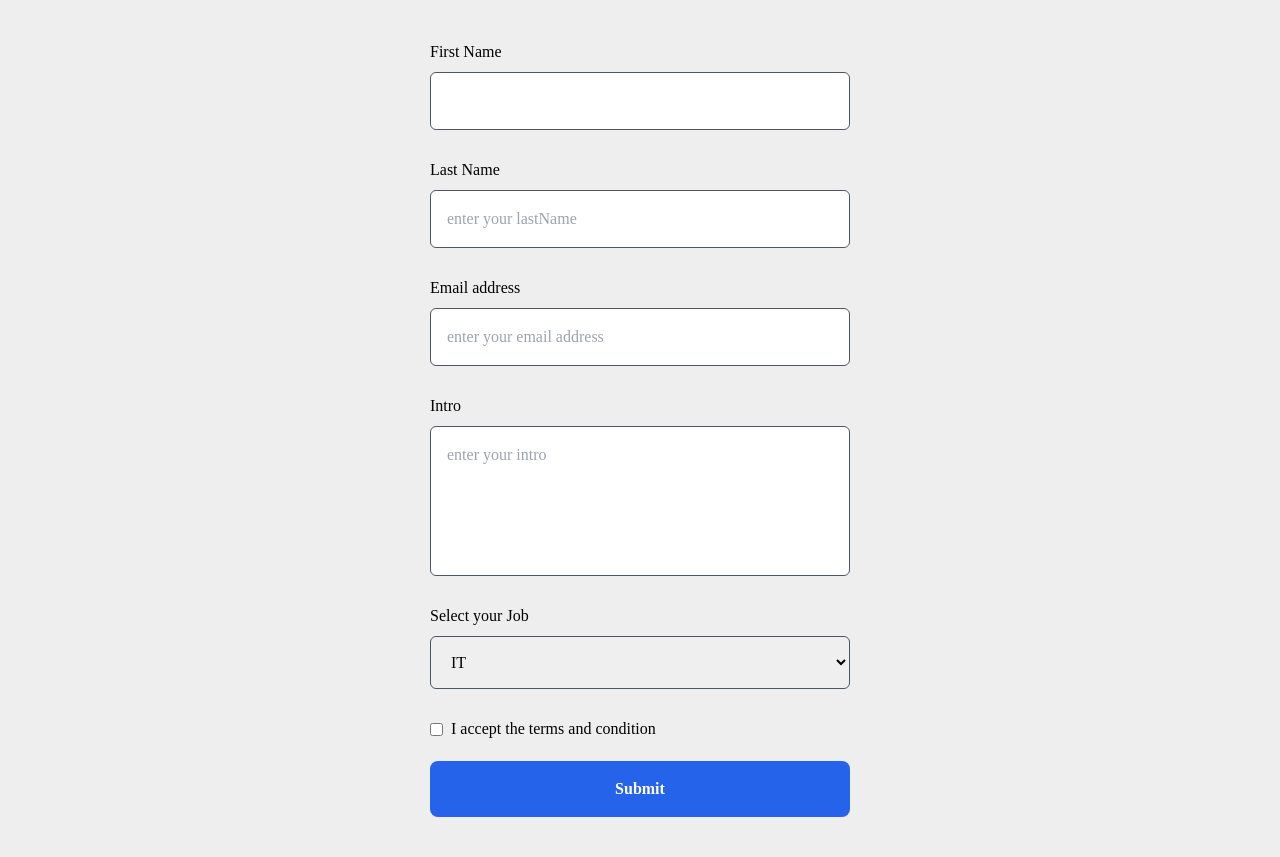
Repository: 16-Doffy/Fe-Khhoahoc
Page: /
An editor plug-in stored every save of this project. The page is shown before and after the next save, followed by the edit.
The browser window is 1280 px wide. The pictures show the whole page.
The project was rebuilt for these pictures with package versions that can differ from the ones it lists, and the page was loaded fresh each time. Also part of the build but not shown: src/App.css.

Above is the page before, as saved 2025-02-11 20:32:08.

After the next save:
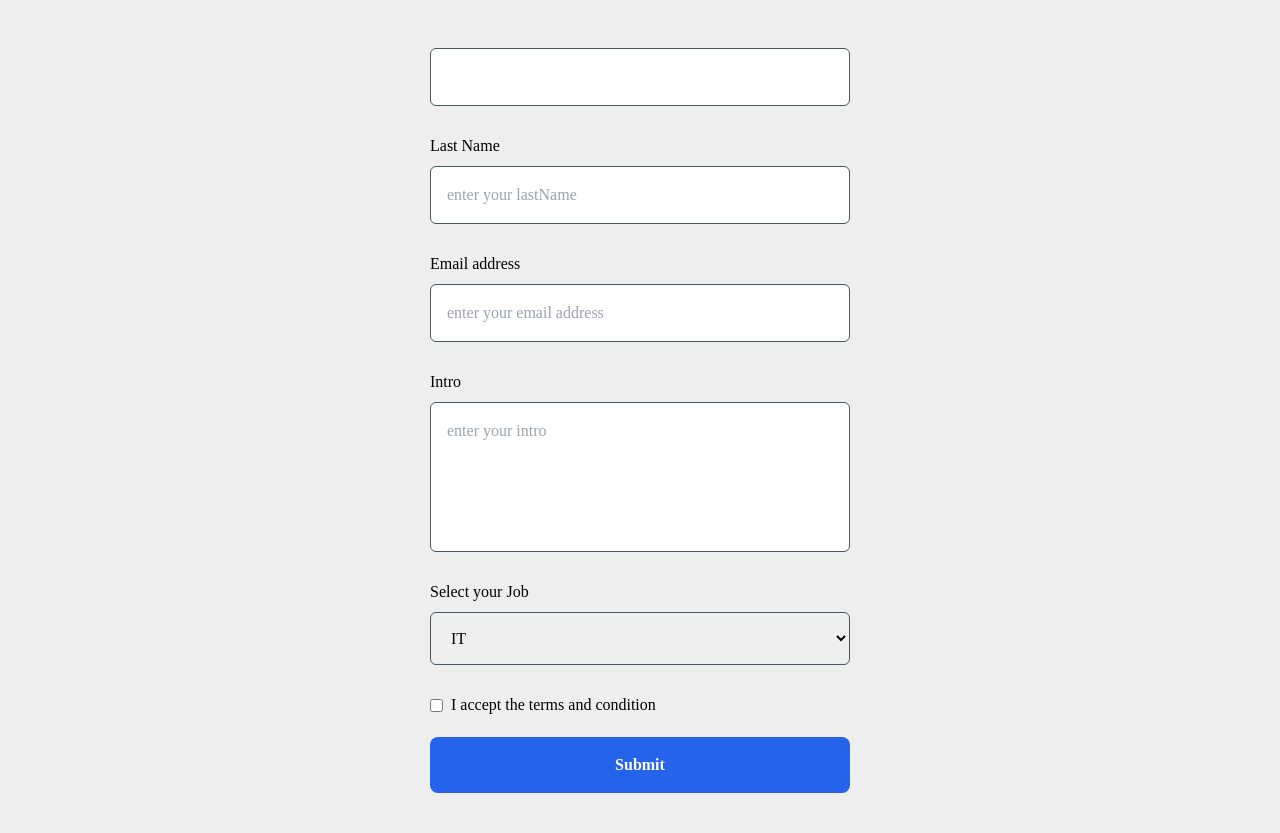
Saved 2 min 9 s later.
--- a/src/components/Form/SignUpFormV2Final.js
+++ b/src/components/Form/SignUpFormV2Final.js
@@ -121,9 +121,10 @@
 };
 
 // useField => ko muon su dung nhung cai co san
-const MyInput = (props) => {
-
-
+// destructoring duoi dang obj
+//res parameter ... *3
+const MyInput = ({label, ...props}) => {
+  //lable, name, placeholder *3
   return (
     <div className="flex flex-col gap-2 mb-5">
       <label htmlFor={props.id || props.name}>{props.label}</label>

After the save that followed:
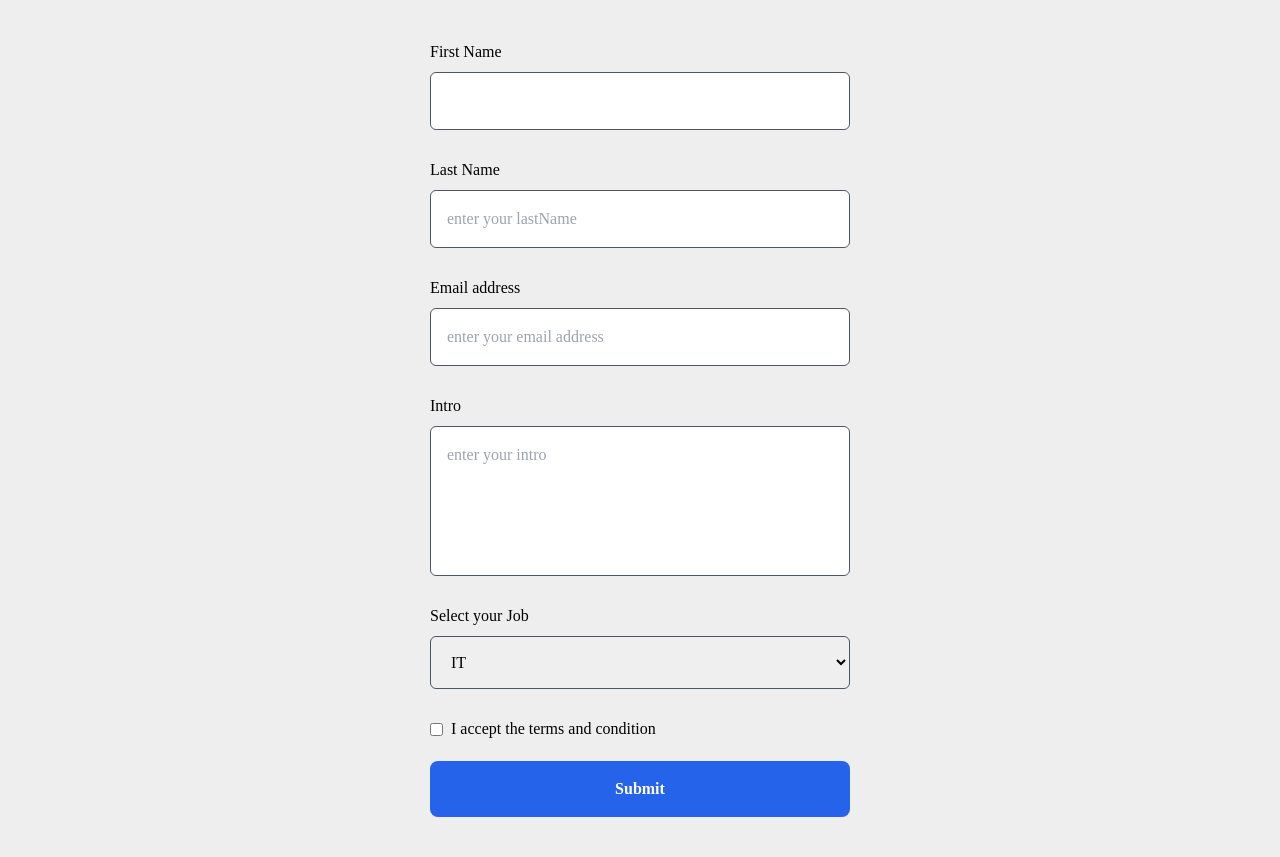
Saved 10 s later.
--- a/src/components/Form/SignUpFormV2Final.js
+++ b/src/components/Form/SignUpFormV2Final.js
@@ -127,7 +127,7 @@
   //lable, name, placeholder *3
   return (
     <div className="flex flex-col gap-2 mb-5">
-      <label htmlFor={props.id || props.name}>{props.label}</label>
+      <label htmlFor={props.id || props.name}>{label}</label>
       <input
         type="text"
         className="p-4 rounded-md border border-gray-600"
